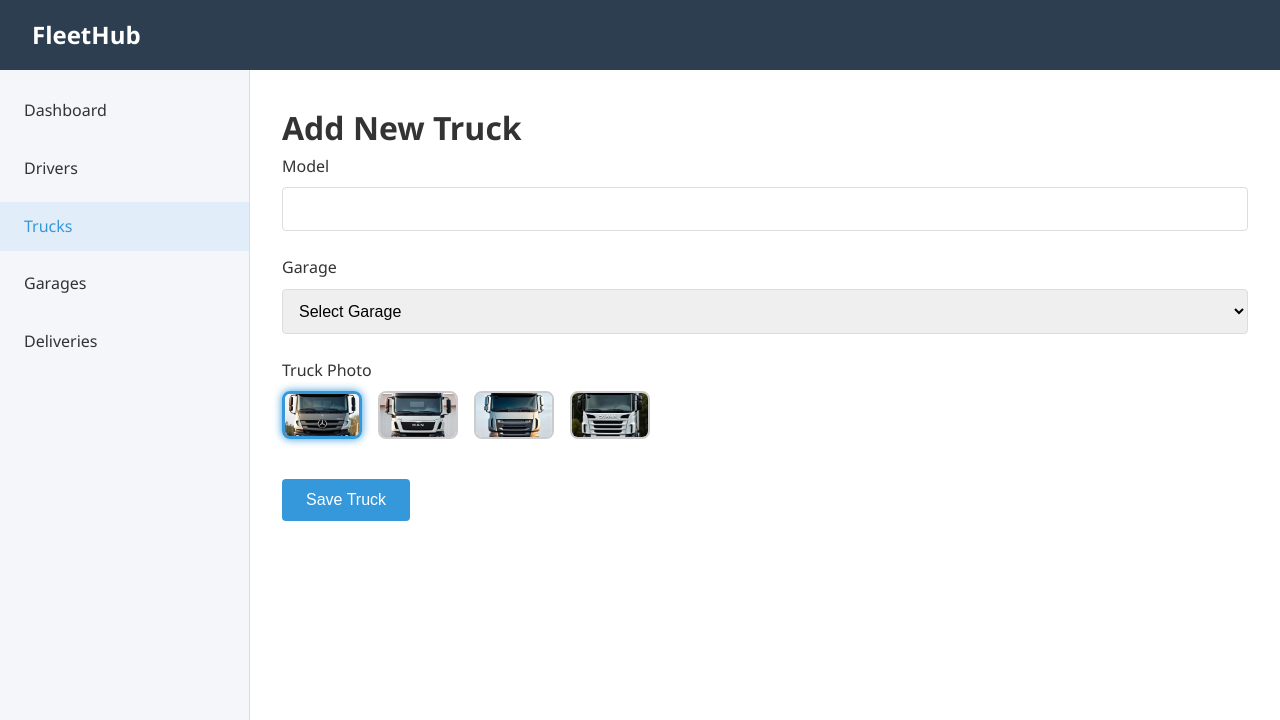
Repository: fevren2001/fleethub
Page: /trucks/new (app in fleethub-frontend/)
The author's editor kept a copy of each file at every save. The page is drawn from the files as they stood at one save, then again after the next save.
The browser window is 1280 px wide. The pictures show the whole page.
The page's requests for data from a server got no answer. The project was rebuilt for these pictures with package versions that can differ from the ones it lists, and the page was loaded fresh each time. No one was signed in, and anything a server would have sent is missing. Also part of the build but not shown: fleethub-frontend/vite.config.ts, fleethub-frontend/src/components/common/ProtectedRoute.tsx, fleethub-frontend/src/pages/Login.tsx, fleethub-frontend/src/api/deliveries.ts, fleethub-frontend/src/pages/Dashboard.tsx, fleethub-frontend/src/pages/Drivers/DriversList.tsx, fleethub-frontend/src/pages/Drivers/DriverDetail.tsx, fleethub-frontend/src/components/drivers/DriverForm.tsx and 11 more.

Above is the page before, as saved 2025-07-20 00:06:55.

After the next save:
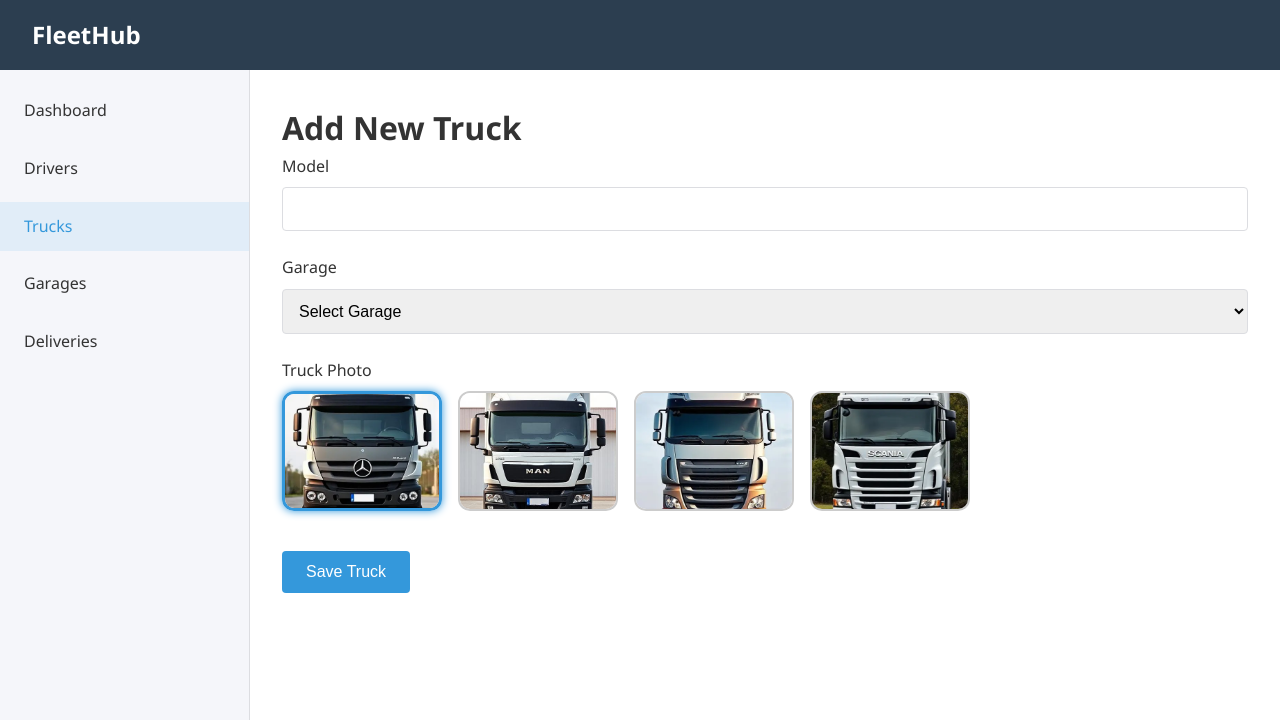
Saved 7 s later.
--- a/fleethub-frontend/src/components/trucks/TruckForm.tsx
+++ b/fleethub-frontend/src/components/trucks/TruckForm.tsx
@@ -210,9 +210,9 @@ const TruckForm: React.FC<TruckFormProps> = ({ initialData = {}, onSubmit, isSub
                 src={photo}
                 alt="Truck"
                 style={{
-                  width: 80,
-                  height: 48,
-                  borderRadius: 8,
+                  width: 160,
+                  height: 120,
+                  borderRadius: 12,
                   border: formData.photoUrl === photo ? '3px solid #3498db' : '2px solid #ccc',
                   boxShadow: formData.photoUrl === photo ? '0 0 8px #3498db' : 'none',
                   objectFit: 'cover',
